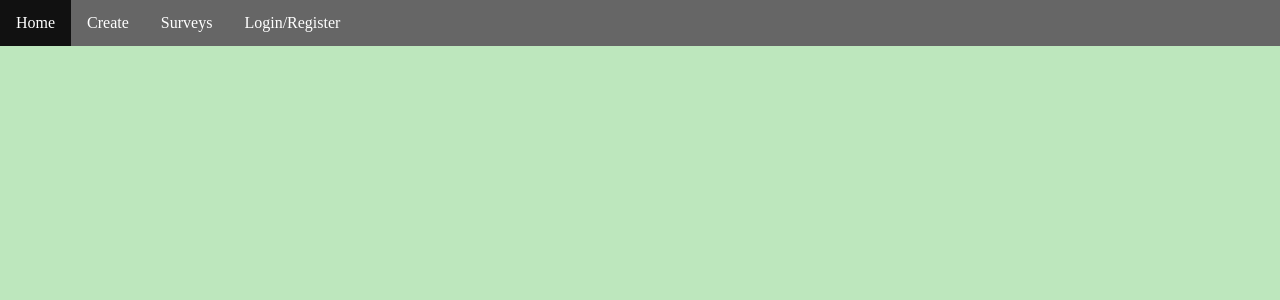
Repository: cakuang1/QuickSurveyReact
Page: /login
The author's editor kept a copy of each file at every save. The page is drawn from the files as they stood at one save, then again after a run of saves.
The browser window is 1280 px wide. The pictures show the whole page.
The project was rebuilt for these pictures with package versions that can differ from the ones it lists, and the page was loaded fresh each time. Also part of the build but not shown: src/pages/create.js, src/pages/home.css, src/pages/home.js, src/pages/pastsurveys.js.

Above is the page before, as saved 2022-07-21 10:52:37.

After the next 3 saves:
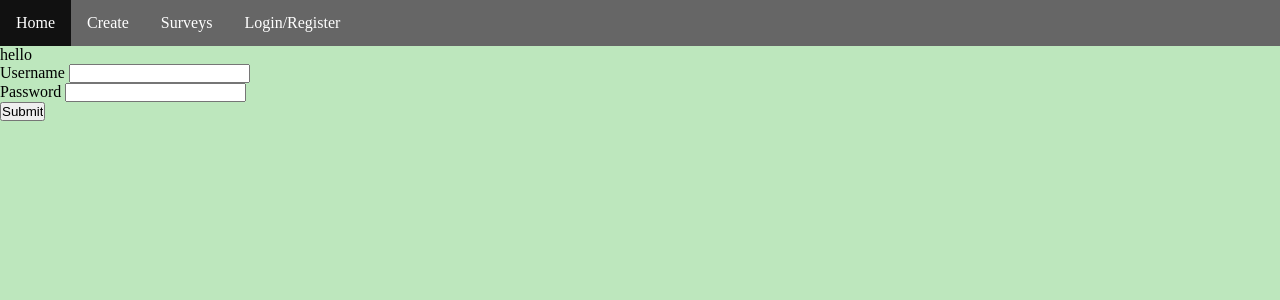
The 3 saves are shown as one change because they came seconds apart.
The last was saved 12 s later.
--- a/src/pages/login.js
+++ b/src/pages/login.js
@@ -4,7 +4,7 @@ import './login.css'
 
 function Loginform() {
 
-
+  return (
   <div className='loginform'>hello
     <form>
        <div className="input-container">
@@ -22,6 +22,7 @@ function Loginform() {
        </div>
      </form>
   </div>
+  )
 
 
 
